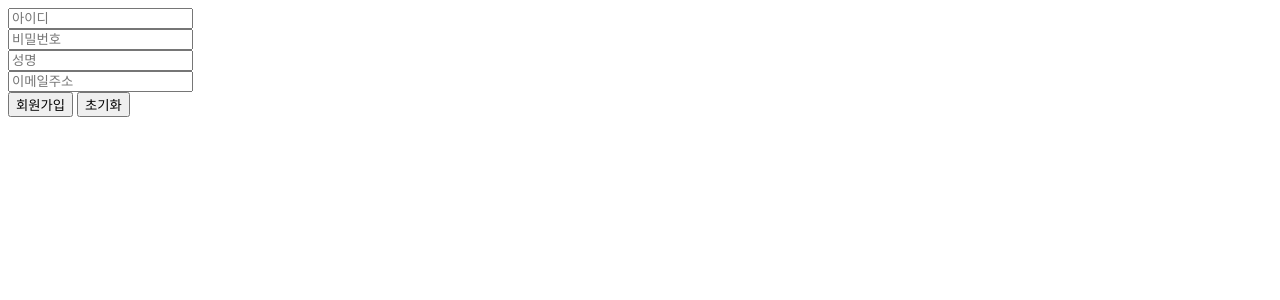
Repository: hanbeen03/javabasic
Page: http://localhost/JDBCBasic/users/users_join_form.jsp
These files come from the project's save history. The page is drawn as it stood at one moment and after the next save; the edit follows.
The browser window is 1280 px wide. The pictures show the whole page.
The page is served by Tomcat 9.

Above is the page before, as saved 2021-08-03 08:31:23.

After the next save:
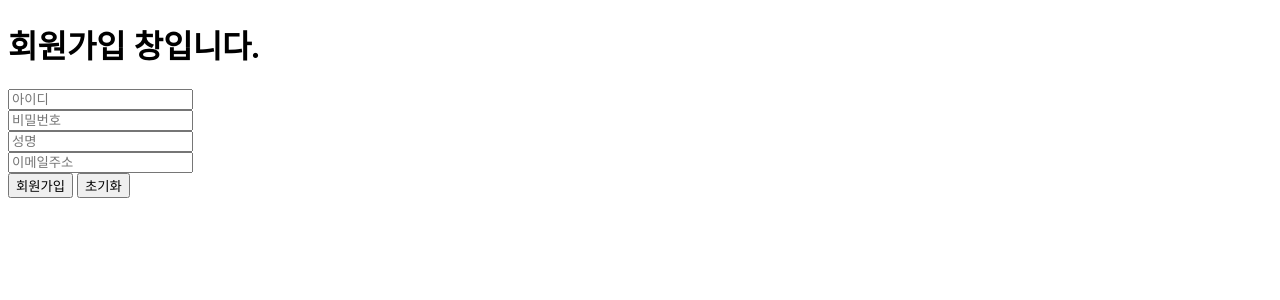
Saved 93 s later.
--- a/JDBCBasic/WebContent/users/users_join_form.jsp
+++ b/JDBCBasic/WebContent/users/users_join_form.jsp
@@ -10,6 +10,7 @@
 	<!-- 아이디, 비밀번호, 이름, 이메일 4개 요소를 users.join.jsp
 	로 보내주는 form을 작성해주세요.
 	보내는 input 태그의 name 속성은 컬럼명과 일치시켜주세요.-->
+	<h1>회원가입 창입니다.</h1>
 	<form action="users_join.jsp" method="post">
 		<input type="text" name="id" placeholder="아이디"/><br/>
 		<input type="password" name="pw" placeholder="비밀번호"/><br/>
